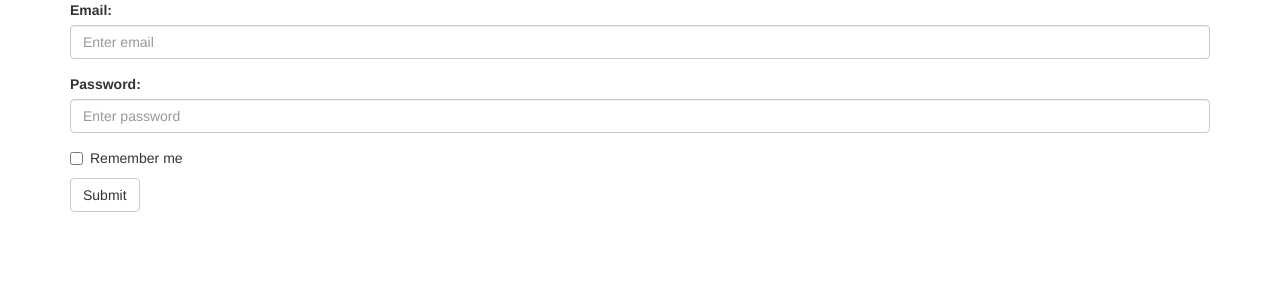
Repository: priyankateli27/priyanka
Page: SirAssignment/src/main/webapp/info.html
An editor plug-in stored every save of this project. The page is shown before and after the next save, followed by the edit.
The browser window is 1280 px wide. The pictures show the whole page.

Above is the page before, as saved 2016-07-15 10:22:13.

### SirAssignment/src/main/webapp/info.html
<!DOCTYPE html>
<html lang="en">
<head>
  <title>Student Record</title>
  <meta charset="utf-8">
  <meta name="viewport" content="width=device-width, initial-scale=1">
  <link rel="stylesheet" href="http://maxcdn.bootstrapcdn.com/bootstrap/3.3.6/css/bootstrap.min.css">
  <script src="https://ajax.googleapis.com/ajax/libs/jquery/1.12.4/jquery.min.js"></script>
  <script src="http://maxcdn.bootstrapcdn.com/bootstrap/3.3.6/js/bootstrap.min.js"></script>
</head>
<body>

<div class="container">
  <form role="form">
    <div class="form-group">
      <label for="email">Email:</label>
      <input type="email" class="form-control" id="email" placeholder="Enter email">
    </div>
    <div class="form-group">
      <label for="pwd">Password:</label>
      <input type="password" class="form-control" id="pwd" placeholder="Enter password">
    </div>
    <div class="checkbox">
      <label><input type="checkbox"> Remember me</label>
    </div>
    <button type="submit" class="btn btn-default">Submit</button>
  </form>
</div>

</body>
</html>

After the next save:
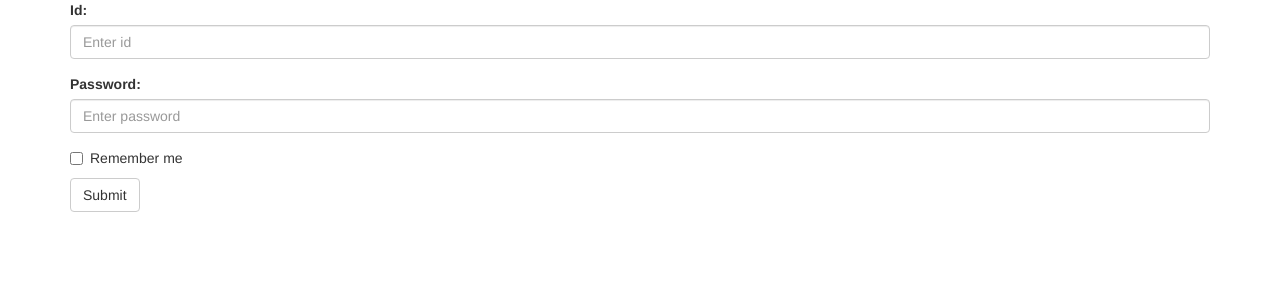
Saved 2 min 9 s later.
--- a/SirAssignment/src/main/webapp/info.html
+++ b/SirAssignment/src/main/webapp/info.html
@@ -13,8 +13,8 @@
 <div class="container">
   <form role="form">
     <div class="form-group">
-      <label for="email">Email:</label>
-      <input type="email" class="form-control" id="email" placeholder="Enter email">
+      <label for="email">Id:</label>
+      <input type="id" class="form-control" id="id" placeholder="Enter id">
     </div>
     <div class="form-group">
       <label for="pwd">Password:</label>
